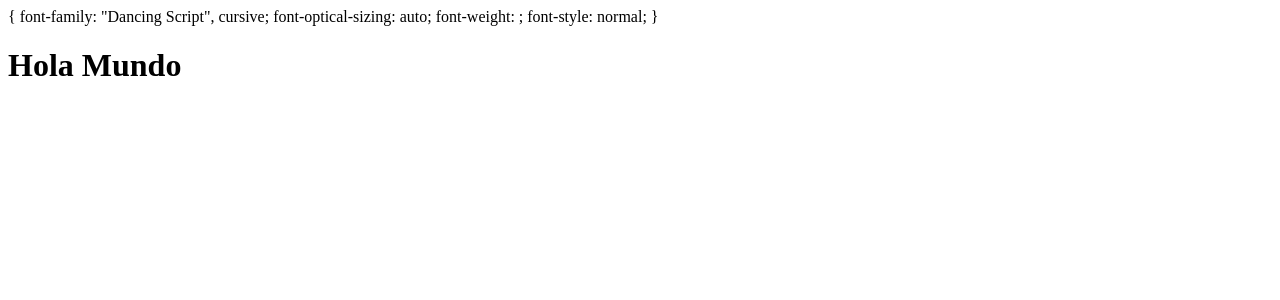
Repository: Carlos-Mar14/TereMac
Page: holamundo/src/main/webapp/inicio.html
An editor plug-in stored every save of this project. The page is shown before and after the next save, followed by the edit.
The browser window is 1280 px wide. The pictures show the whole page.
Some web fonts or font styles are not loaded; a fallback is used.

Above is the page before, as saved 2024-06-05 14:14:01.

After the next save:
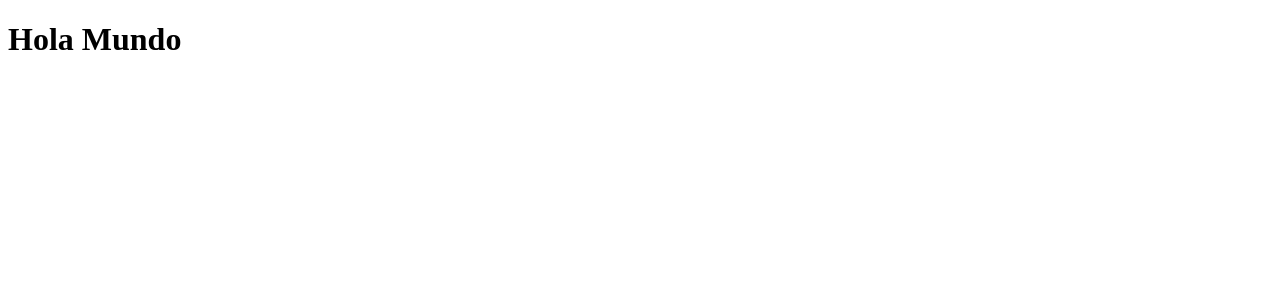
Saved 5 min 5 s later.
--- a/holamundo/src/main/webapp/inicio.html
+++ b/holamundo/src/main/webapp/inicio.html
@@ -1,14 +1,15 @@
 <!DOCTYPE html>
 <html>
 <head>
+
 <meta charset="UTF-8">
 
-<uniquifier> {
-  font-family: "Dancing Script", cursive;
-  font-optical-sizing: auto;
-  font-weight: <weight>;
-  font-style: normal;
+<style>@import url('https://fonts.googleapis.com/css2?family=Dancing+Script:wght@400..700&display=swap');
+
+h1{
+	font-family:"Dancing Script";
 }
+</style>
 
 <title>Bienvenidos</title>
 </head>
